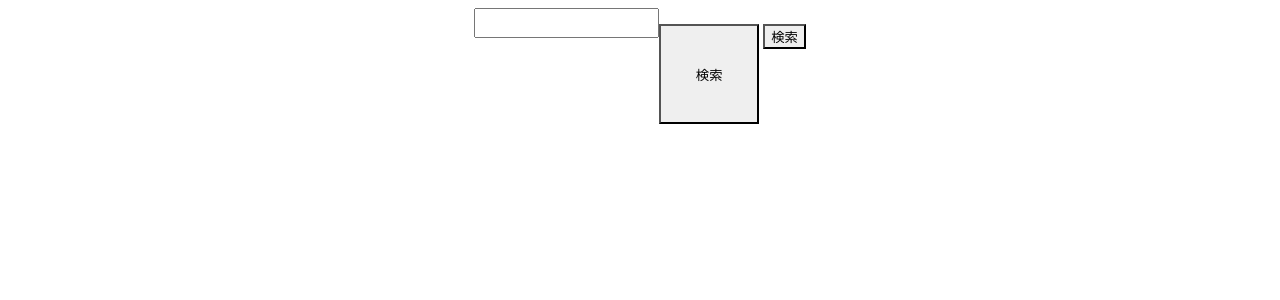
Repository: kanshu-1118/gpt-schoollife
Page: /
These files come from the project's save history. The page is drawn as it stood at one moment and after the next save; the edit follows.
The browser window is 1280 px wide. The pictures show the whole page.
The page's requests for data from a server got no answer. The project was rebuilt for these pictures with package versions that can differ from the ones it lists, and the page was loaded fresh each time. The framework's server and built-in components were replaced by stand-ins that run in the browser. No one was signed in, and anything a server would have sent is missing. Also part of the build but not shown: next.config.js.

Above is the page before, as saved 2023-05-22 14:08:08.

### src/pages/_app.tsx
import type { AppProps } from 'next/app'
import "ress"

export default function App({ Component, pageProps }: AppProps) {
  return <Component {...pageProps} />
}

### src/pages/index.tsx
import { Box,Center,Flex,Input,Button,Wrap, WrapItem } from '@chakra-ui/react';
import { Inter } from 'next/font/google'
import { useEffect, useState } from 'react';


const inter = Inter({ subsets: ['latin'] })


export default function Home() {
  const [posts, setPosts] = useState([]);
  const [keyword,setKeyword] = useState("鍋")
  const [text, setText] = useState("")

  useEffect(()=>{
    const params ={
      keyword : keyword,
    }
    const query = new URLSearchParams(params)
    const fetchPosts = async()=>{
      const responce = await fetch(`/api/hello?${query}`)
      const data = await responce.json()
      setPosts(data.users.results.shop)

    }
    fetchPosts()
  },[keyword])
  const format = () =>{
    setKeyword(text)
  }
  {
      return (
        <>
          <Flex w='max' h={30} justify='center'>
            <Input type="text" variant='filled' onChange={(e)=>{setText(e.target.value)}}/>
            <Wrap spacing={4}>
              <WrapItem>
                <Button variant='solid' w={"100px"} h="100px" colorScheme='green'>検索</Button>
              </WrapItem>
              <WrapItem>
                <Button variant='solid' colorScheme='green'>検索</Button>
              </WrapItem>
            </Wrap>
          </Flex>
        </>
      )
  }
}

Loaded but not shown: src/pages/_document.tsx (common file)

After the next save:
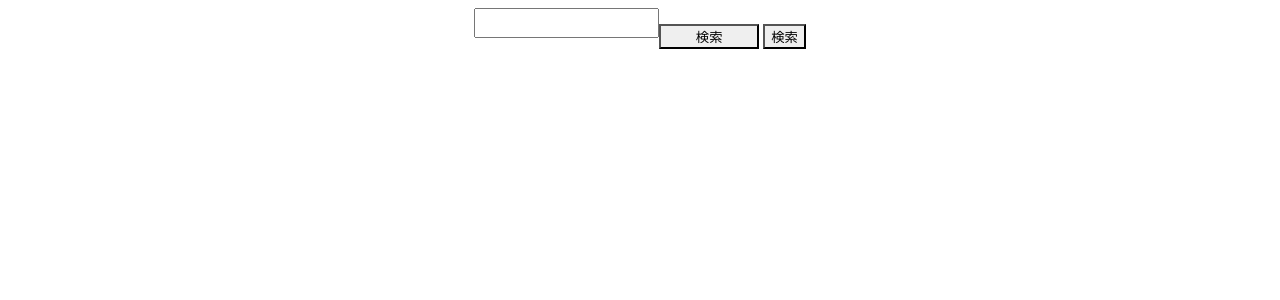
Saved 18 s later.
--- a/src/pages/index.tsx
+++ b/src/pages/index.tsx
@@ -34,7 +34,7 @@ export default function Home() {
             <Input type="text" variant='filled' onChange={(e)=>{setText(e.target.value)}}/>
             <Wrap spacing={4}>
               <WrapItem>
-                <Button variant='solid' w={"100px"} h="100px" colorScheme='green'>検索</Button>
+                <Button variant='solid' w={"100px"}  colorScheme='green'>検索</Button>
               </WrapItem>
               <WrapItem>
                 <Button variant='solid' colorScheme='green'>検索</Button>
